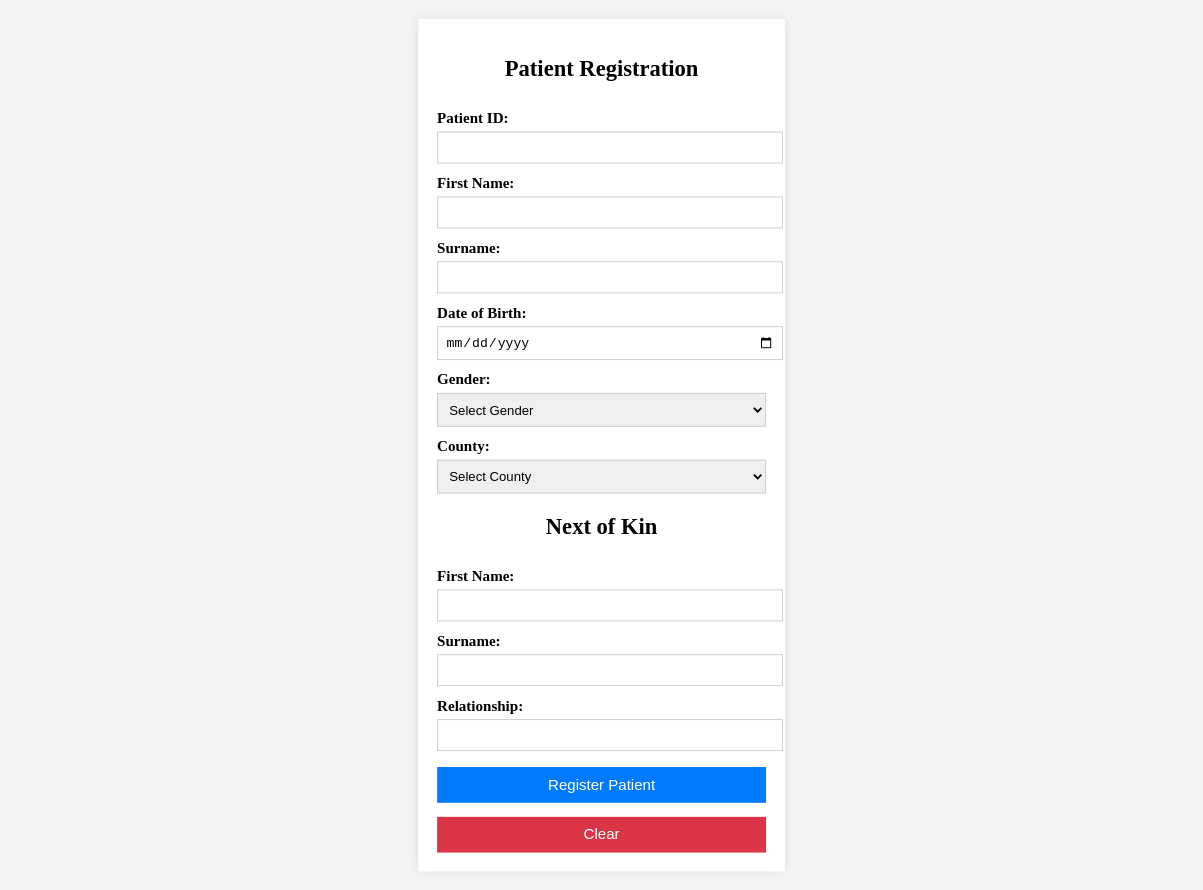
Repository: EphrahimLaanyu123/wsp
Page: Registration.html
These files come from the project's save history. The page is drawn as it stood at one moment and after the next save; the edit follows.
The browser window is 1280 px wide. The pictures show the whole page, at 94% of full size.

Above is the page before, as saved 2025-03-14 08:35:29.

After the next save:
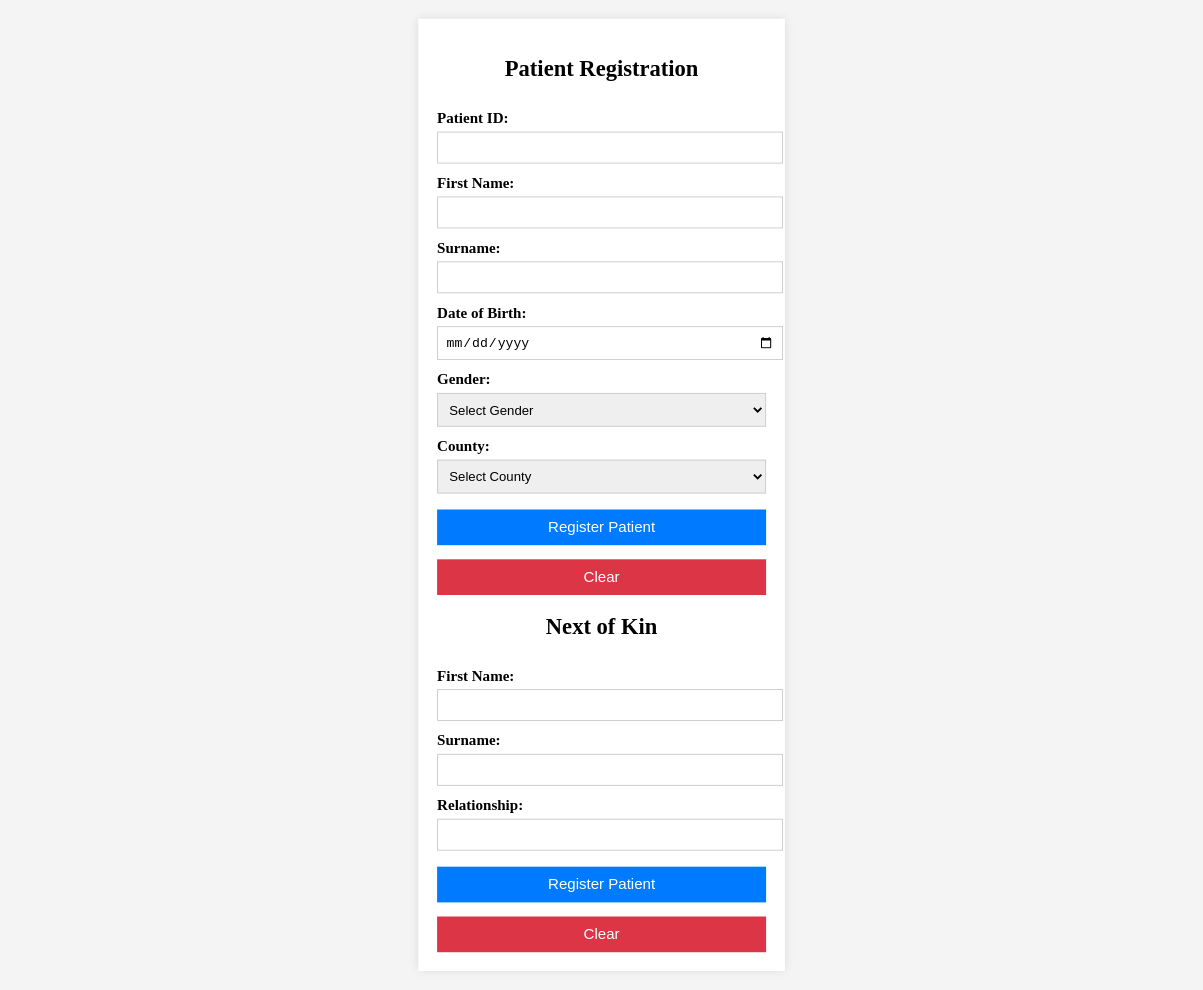
Saved 66 s later.
--- a/Registration.html
+++ b/Registration.html
@@ -89,6 +89,8 @@
             </select>
 
             <span class="error" id="countyError"></span>
+            <button type="submit">Register Patient</button>
+            <button type="button" id="clearForm">Clear</button>
 
 
             <h2>Next of Kin</h2>
